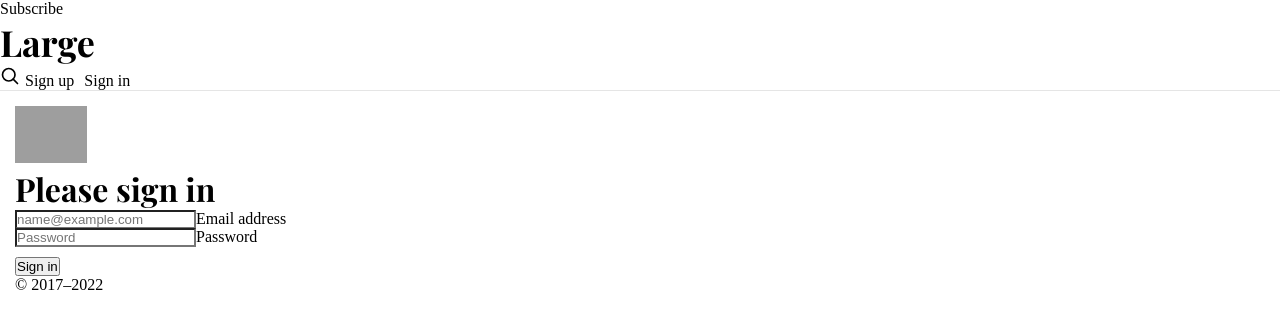
Repository: ofovweewere/newsx
Page: /login
An editor plug-in stored every save of this project. The page is shown before and after the next save, followed by the edit.
The browser window is 1280 px wide. The pictures show the whole page.
Pictures or frames that could not be fetched are drawn as grey boxes. The project was rebuilt for these pictures with package versions that can differ from the ones it lists, and the page was loaded fresh each time. Some packages were replaced by stand-ins written for this rebuild. The framework's server and built-in components were replaced by stand-ins that run in the browser. Also part of the build but not shown: next.config.js.

Above is the page before, as saved 2023-01-22 13:57:22.

### pages/_app.js
import "@/styles/globals.css";
import Layout from "../components/Layout";
export default function App({ Component, pageProps }) {
  return (
    <Layout>
      <Component {...pageProps} />
    </Layout>
  );
}

### pages/login/index.js
const Login = (props) => {
  return (
    <main className="form-signin w-100 m-auto">
      <form>
        <img
          className="mb-4"
          src="https://getbootstrap.com/docs/5.3/assets/brand/bootstrap-logo.svg"
          alt=""
          width="72"
          height="57"
        />
        <h1 className="h3 mb-3 fw-normal">Please sign in</h1>

        <div className="form-floating">
          <input
            type="email"
            className="form-control"
            id="floatingInput"
            placeholder="name@example.com"
          />
          <label for="floatingInput">Email address</label>
        </div>
        <div className="form-floating">
          <input
            type="password"
            className="form-control"
            id="floatingPassword"
            placeholder="Password"
          />
          <label for="floatingPassword">Password</label>
        </div>

        <button className="w-100 btn btn-lg btn-primary" type="submit">
          Sign in
        </button>
        <p className="mt-5 mb-3 text-muted">&copy; 2017–2022</p>
      </form>
    </main>
  );
};

export default Login;

### styles/globals.css
:root {
  --max-width: 1100px;
  --border-radius: 12px;
  --font-mono: ui-monospace, Menlo, Monaco, "Cascadia Mono", "Segoe UI Mono",
    "Roboto Mono", "Oxygen Mono", "Ubuntu Monospace", "Source Code Pro",
    "Fira Mono", "Droid Sans Mono", "Courier New", monospace;

  --foreground-rgb: 0, 0, 0;
  --background-start-rgb: 214, 219, 220;
  --background-end-rgb: 255, 255, 255;

  --primary-glow: conic-gradient(
    from 180deg at 50% 50%,
    #16abff33 0deg,
    #0885ff33 55deg,
    #54d6ff33 120deg,
    #0071ff33 160deg,
    transparent 360deg
  );
  --secondary-glow: radial-gradient(
    rgba(255, 255, 255, 1),
    rgba(255, 255, 255, 0)
  );

  --tile-start-rgb: 239, 245, 249;
  --tile-end-rgb: 228, 232, 233;
  --tile-border: conic-gradient(
    #00000080,
    #00000040,
    #00000030,
    #00000020,
    #00000010,
    #00000010,
    #00000080
  );

  --callout-rgb: 238, 240, 241;
  --callout-border-rgb: 172, 175, 176;
  --card-rgb: 180, 185, 188;
  --card-border-rgb: 131, 134, 135;
}

@media (prefers-color-scheme: dark) {
  :root {
    --foreground-rgb: 255, 255, 255;
    --background-start-rgb: 0, 0, 0;
    --background-end-rgb: 0, 0, 0;

    --primary-glow: radial-gradient(rgba(1, 65, 255, 0.4), rgba(1, 65, 255, 0));
    --secondary-glow: linear-gradient(
      to bottom right,
      rgba(1, 65, 255, 0),
      rgba(1, 65, 255, 0),
      rgba(1, 65, 255, 0.3)
    );

    --tile-start-rgb: 2, 13, 46;
    --tile-end-rgb: 2, 5, 19;
    --tile-border: conic-gradient(
      #ffffff80,
      #ffffff40,
      #ffffff30,
      #ffffff20,
      #ffffff10,
      #ffffff10,
      #ffffff80
    );

    --callout-rgb: 20, 20, 20;
    --callout-border-rgb: 108, 108, 108;
    --card-rgb: 100, 100, 100;
    --card-border-rgb: 200, 200, 200;
  }
}

* {
  box-sizing: border-box;
  padding: 0;
  margin: 0;
}

html,
body {
  max-width: 100vw;
  overflow-x: hidden;
  min-height: 100vh;
}

body {
  color: rgb(var(--foreground-rgb));
  /* background: linear-gradient(
      to bottom,
      transparent,
      rgb(var(--background-end-rgb))
    )
    rgb(var(--background-start-rgb)); */
}

a {
  color: inherit;
  text-decoration: none;
}

@media (prefers-color-scheme: dark) {
  html {
    color-scheme: dark;
  }
}

/* stylelint-disable selector-list-comma-newline-after */

.blog-header {
  border-bottom: 1px solid #e5e5e5;
}

.blog-header-logo {
  font-family: "Playfair Display", Georgia, "Times New Roman",
    serif /*rtl:Amiri, Georgia, "Times New Roman", serif*/;
  font-size: 2.25rem;
}

.blog-header-logo:hover {
  text-decoration: none;
}

h1,
h2,
h3,
h4,
h5,
h6 {
  font-family: "Playfair Display", Georgia, "Times New Roman",
    serif /*rtl:Amiri, Georgia, "Times New Roman", serif*/;
}

.display-4 {
  font-size: 2.5rem;
}
@media (min-width: 768px) {
  .display-4 {
    font-size: 3rem;
  }
}

.flex-auto {
  flex: 0 0 auto;
}

.h-250 {
  height: 250px;
}
@media (min-width: 768px) {
  .h-md-250 {
    height: 250px;
  }
}

/* Pagination */
.blog-pagination {
  margin-bottom: 4rem;
}

/*
 * Blog posts
 */
.blog-post {
  margin-bottom: 4rem;
}
.blog-post-title {
  font-size: 2.5rem;
}
.blog-post-meta {
  margin-bottom: 1.25rem;
  color: #727272;
}

/*
 * Footer
 */
.blog-footer {
  padding: 2.5rem 0;
  color: #727272;
  text-align: center;
  background-color: #f9f9f9;
  border-top: 0.05rem solid #e5e5e5;
}
.blog-footer p:last-child {
  margin-bottom: 0;
}

/*Login css*/
/* html,
body {
  height: 100%;
}

body {
  display: flex;
  align-items: center;
  padding-top: 40px;
  padding-bottom: 40px;
  background-color: #f5f5f5;
} */

.form-signin {
  max-width: 330px;
  padding: 15px;
}

.form-signin .form-floating:focus-within {
  z-index: 2;
}

.form-signin input[type="email"] {
  margin-bottom: -1px;
  border-bottom-right-radius: 0;
  border-bottom-left-radius: 0;
}

.form-signin input[type="password"] {
  margin-bottom: 10px;
  border-top-left-radius: 0;
  border-top-right-radius: 0;
}

### components/Layout/index.js
import Header from "../Header";
import Head from "next/head";
const Layout = ({ children }) => {
  return (
    <>
      <Head>
        <link
          href="https://getbootstrap.com/docs/5.3/dist/css/bootstrap.min.css"
          rel="stylesheet"
          integrity="sha384-GLhlTQ8iRABdZLl6O3oVMWSktQOp6b7In1Zl3/Jr59b6EGGoI1aFkw7cmDA6j6gD"
          crossorigin="anonymous"
        />
        <link
          href="https://fonts.googleapis.com/css?family=Playfair&#43;Display:700,900&amp;display=swap"
          rel="stylesheet"
        />
      </Head>
      <Header />
      {/* <Navigation /> */}
      {children}
    </>
  );
};

export default Layout;

### components/Header/index.js
import Link from "next/link";
const Header = (props) => {
  return (
    <div className="container">
      <header className="blog-header lh-1 py-3">
        <div className="row flex-nowrap justify-content-between align-items-center">
          <div className="col-4 pt-1">
            <a className="link-secondary" href="#">
              Subscribe
            </a>
          </div>
          <div className="col-4 text-center">
            <a className="blog-header-logo text-dark" href="#">
              Large
            </a>
          </div>
          <div className="col-4 d-flex justify-content-end align-items-center">
            <a className="link-secondary" href="#" aria-label="Search">
              <svg
                xmlns="http://www.w3.org/2000/svg"
                width="20"
                height="20"
                fill="none"
                stroke="currentColor"
                stroke-linecap="round"
                stroke-linejoin="round"
                stroke-width="2"
                className="mx-3"
                role="img"
                viewBox="0 0 24 24"
              >
                <title>Search</title>
                <circle cx="10.5" cy="10.5" r="7.5" />
                <path d="M21 21l-5.2-5.2" />
              </svg>
            </a>
            <Link href="/signup" legacyBehavior>
              <a
                className="btn btn-sm btn-outline-secondary user-login-btn"
                href="#"
              >
                Sign up
              </a>
            </Link>
            <Link href="/login" legacyBehavior>
              <a
                className="btn btn-sm btn-outline-secondary user-login-btn"
                href="#"
              >
                Sign in
              </a>
            </Link>
          </div>
        </div>
      </header>

      <style jsx>{`
        .bd-placeholder-img {
          font-size: 1.125rem;
          text-anchor: middle;
          -webkit-user-select: none;
          -moz-user-select: none;
          user-select: none;
        }

        @media (min-width: 768px) {
          .bd-placeholder-img-lg {
            font-size: 3.5rem;
          }
        }

        .b-example-divider {
          height: 3rem;
          background-color: rgba(0, 0, 0, 0.1);
          border: solid rgba(0, 0, 0, 0.15);
          border-width: 1px 0;
          box-shadow: inset 0 0.5em 1.5em rgba(0, 0, 0, 0.1),
            inset 0 0.125em 0.5em rgba(0, 0, 0, 0.15);
        }

        .b-example-vr {
          flex-shrink: 0;
          width: 1.5rem;
          height: 100vh;
        }

        .bi {
          vertical-align: -0.125em;
          fill: currentColor;
        }

        .nav-scroller {
          position: relative;
          z-index: 2;
          height: 2.75rem;
          overflow-y: hidden;
        }

        .nav-scroller .nav {
          display: flex;
          flex-wrap: nowrap;
          padding-bottom: 1rem;
          margin-top: -1px;
          overflow-x: auto;
          text-align: center;
          white-space: nowrap;
          -webkit-overflow-scrolling: touch;
        }

        .user-login-btn {
          margin: 0 5px;
        }
      `}</style>
    </div>
  );
};

export default Header;

Loaded but not shown: pages/_document.js (common file)

After the next save:
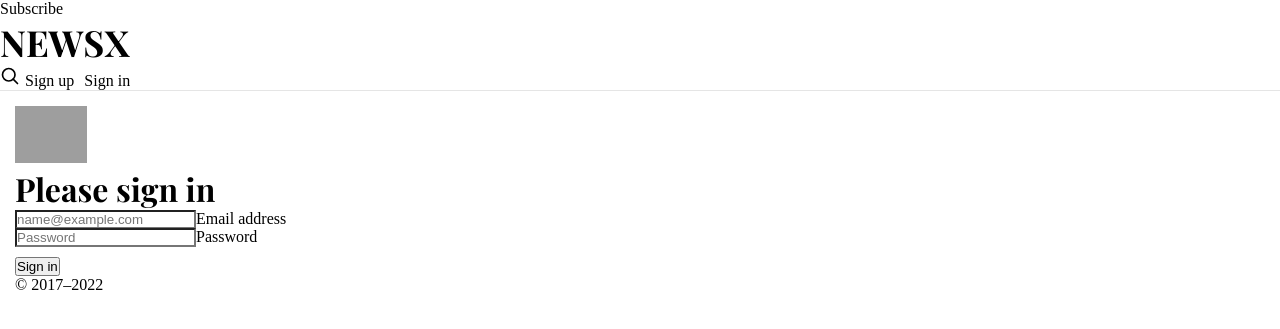
Saved 2 min 24 s later.
--- a/components/Header/index.js
+++ b/components/Header/index.js
@@ -10,9 +10,11 @@ const Header = (props) => {
             </a>
           </div>
           <div className="col-4 text-center">
-            <a className="blog-header-logo text-dark" href="#">
-              Large
-            </a>
+            <Link href={`/`} legacyBehavior>
+              <a className="blog-header-logo text-dark" href="#">
+                NEWSX
+              </a>
+            </Link>
           </div>
           <div className="col-4 d-flex justify-content-end align-items-center">
             <a className="link-secondary" href="#" aria-label="Search">
